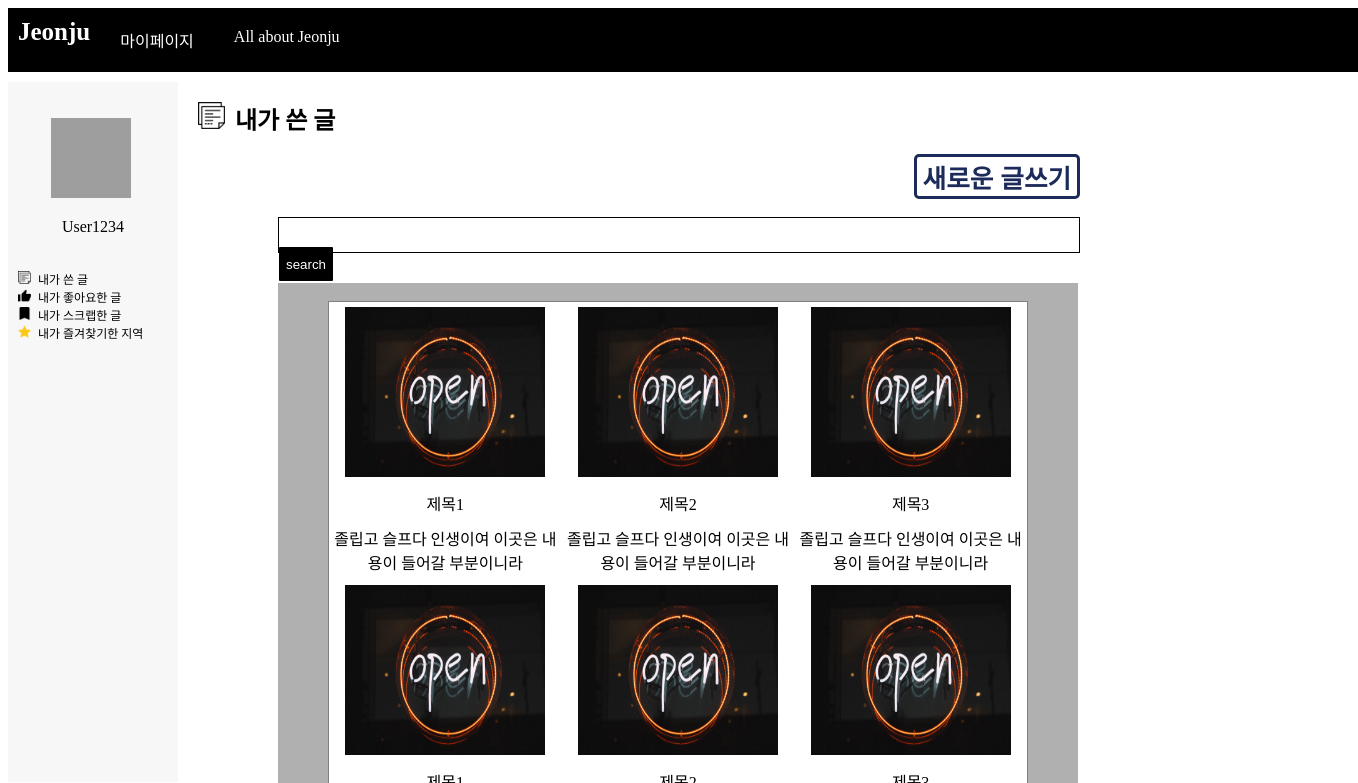
Repository: wka99/WEB-PROJECT
Page: http://localhost/Jeonju/UserPage.html
An editor plug-in stored every save of this project. The page is shown before and after the next save, followed by the edit.
The browser window is 1280 px wide. The page is 1358 px wide, so the pictures cover 1358 px, including what lies to the right of the window. The pictures show the whole page.
Pictures or frames that could not be fetched are drawn as grey boxes. An inner scrolling area shows only its first screen. Some web libraries are served in a nearby version. The page is served by Tomcat 9.

Above is the page before, as saved 2018-12-03 09:19:28.

After the next save:
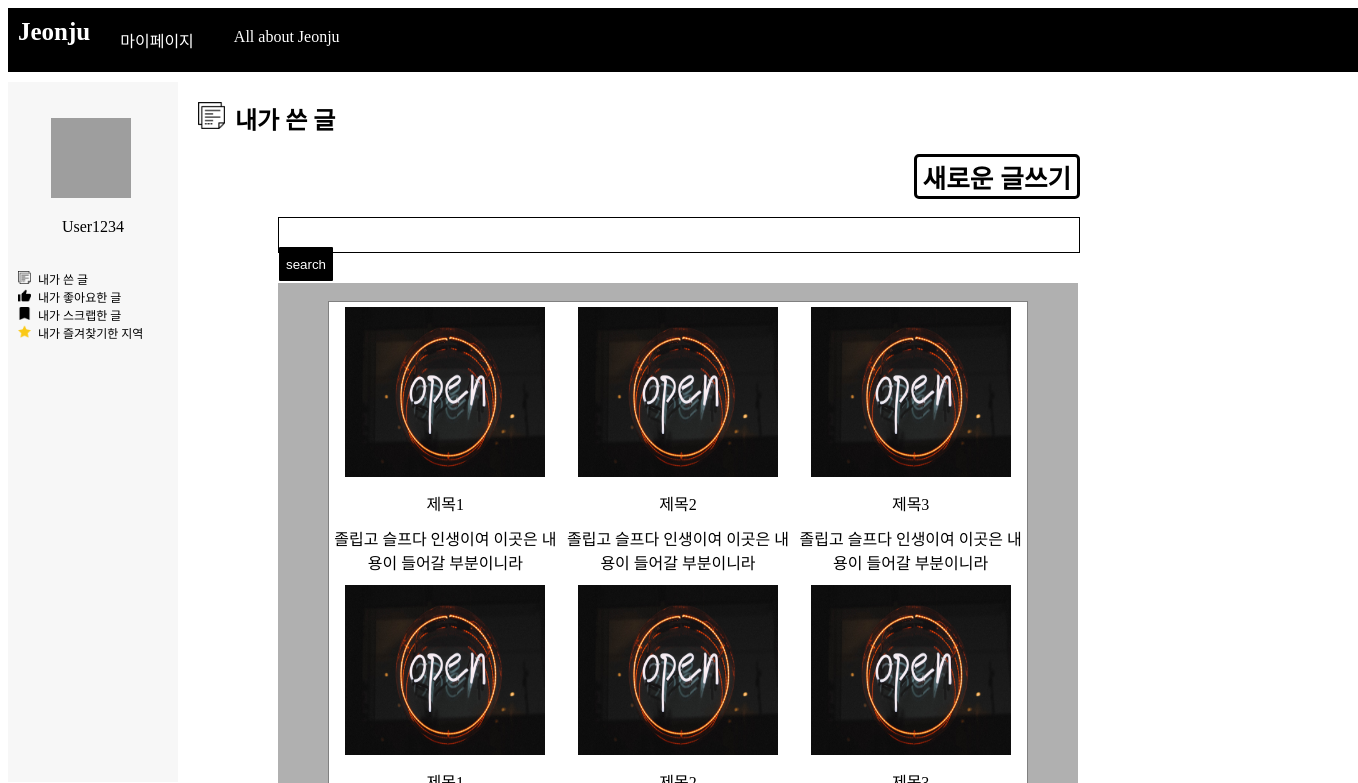
Saved 87 s later.
--- a/Jeonju/WebContent/NewFile.css
+++ b/Jeonju/WebContent/NewFile.css
@@ -113,9 +113,9 @@
 	}
 	.btn-2{
 	  background: none;
-	  border: 3px solid #1c2b5a;
+	  border: 3px solid #000000;
 	  border-radius: 5px;
-	  color: #1c2b5a;
+	  color: #000000;
 	  display: block;
 	  font-size: 1.6em;
 	  font-weight: bold;
@@ -125,14 +125,14 @@
 
 	.btn-2::before,
 	.btn-2::after {
-	  background: #1c2b5a;
+	  background: #000000;
 	  content: '';
 	  position: absolute;
 	  z-index: -1;
 	}
 
 	.btn-2:hover {
-	  color: #fff;
+	  color: #faa93e;
 	}
 
 	.btn-2::after {
